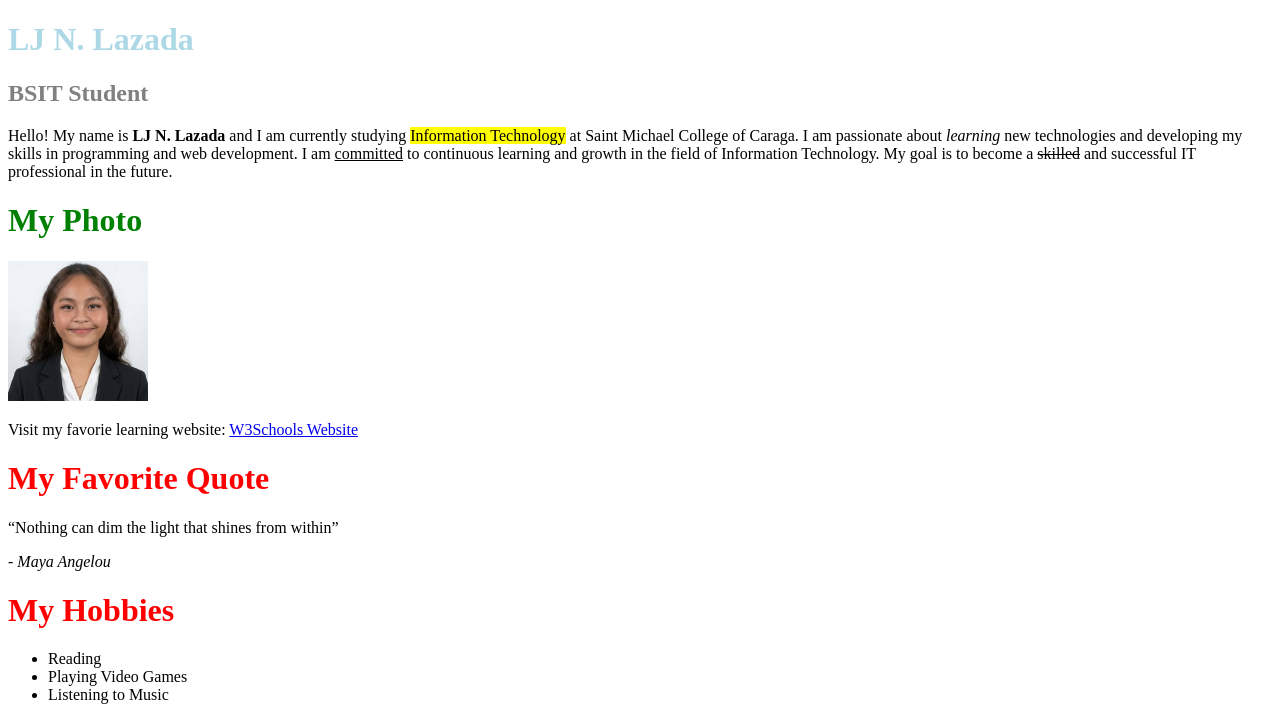
Repository: ljlazada11/myfirsthtml
Page: index.html
An editor plug-in stored every save of this project. The page is shown before and after the next save, followed by the edit.
The browser window is 1280 px wide. The pictures show the whole page.

Above is the page before, as saved 2026-06-24 19:59:15.

After the next save:
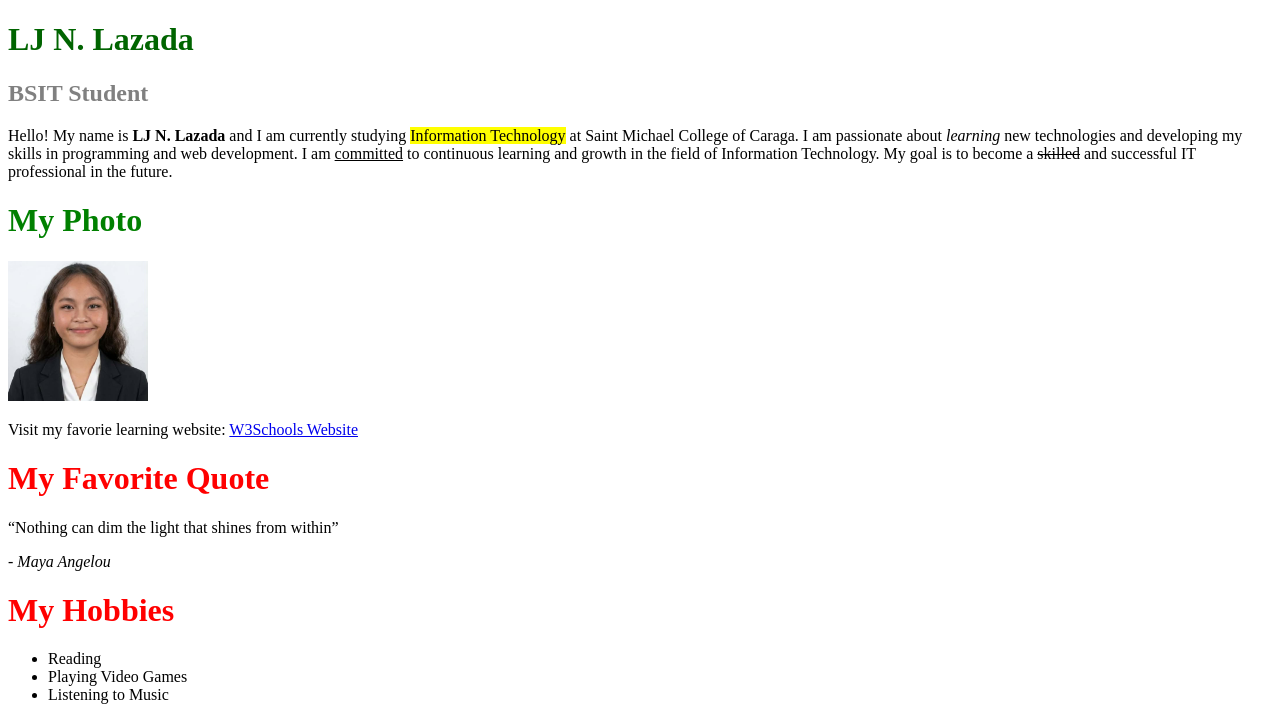
Saved 21 s later.
--- a/index.html
+++ b/index.html
@@ -8,7 +8,7 @@
 
 </head>
 <body>
-    <h1 style="color:lightblue;">LJ N. Lazada</h1>
+    <h1 style="color:darkgreen;">LJ N. Lazada</h1>
     <h2 style="color:gray;">BSIT Student</h2>
     <p>Hello! My name is <strong>LJ N. Lazada</strong> and I am currently studying <mark>Information Technology</mark> at Saint Michael College of Caraga. I am passionate about <i>learning</i> new technologies and developing my skills in programming and web development. I am <ins>committed</ins> to continuous learning and growth in the field of Information Technology. My goal is to become a <del>skilled</del> and successful IT professional in the future.</p>
 </body>
